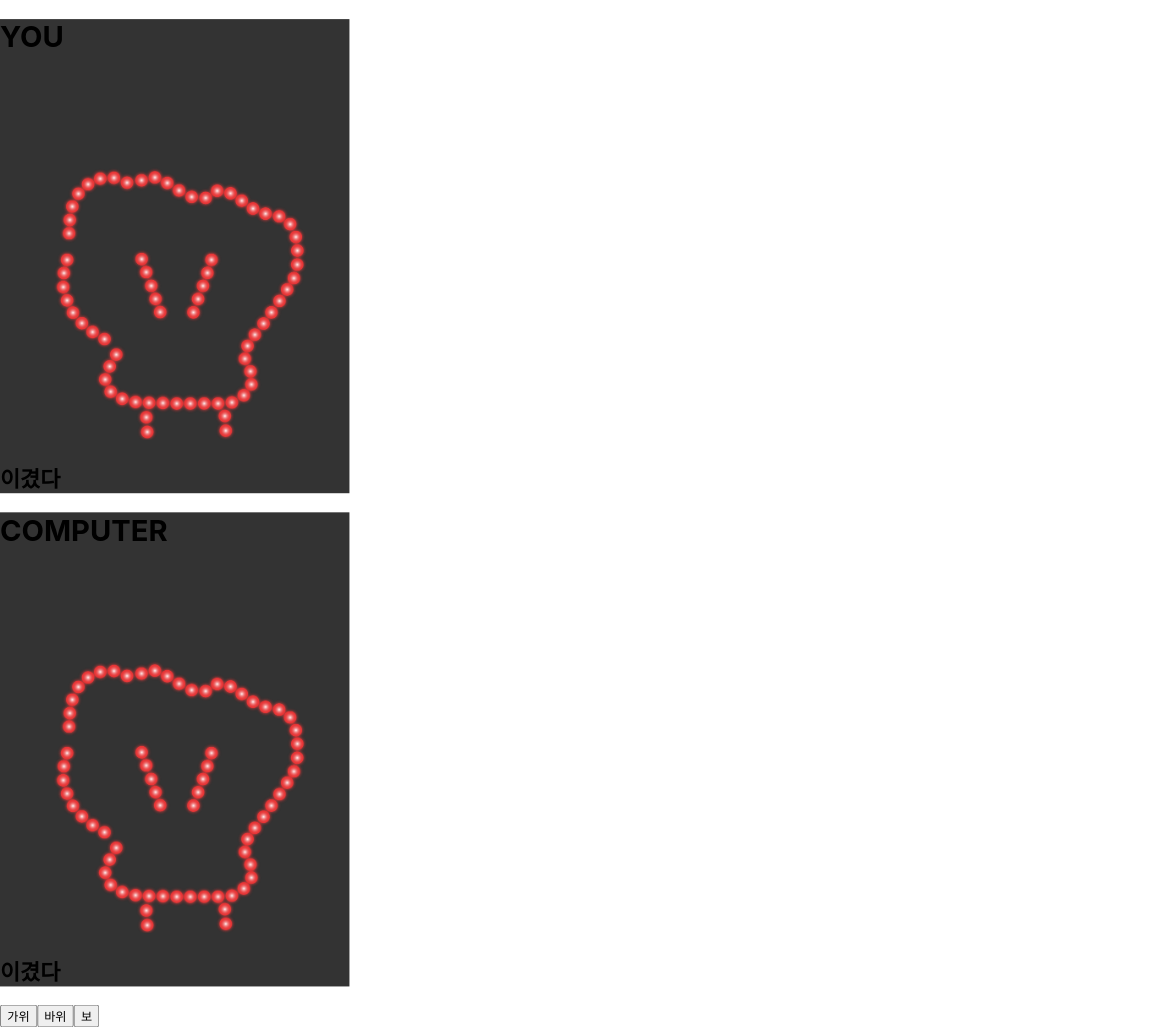
Repository: KIMMIHYE12/classComponent
Page: /
The author's editor kept a copy of each file at every save. The page is drawn from the files as they stood at one save, then again after the next save.
The browser window is 1280 px wide. The pictures show the whole page, at 91% of full size.
The project was rebuilt for these pictures with package versions that can differ from the ones it lists, and the page was loaded fresh each time.

Above is the page before, as saved 2024-03-18 20:49:54.

After the next save:
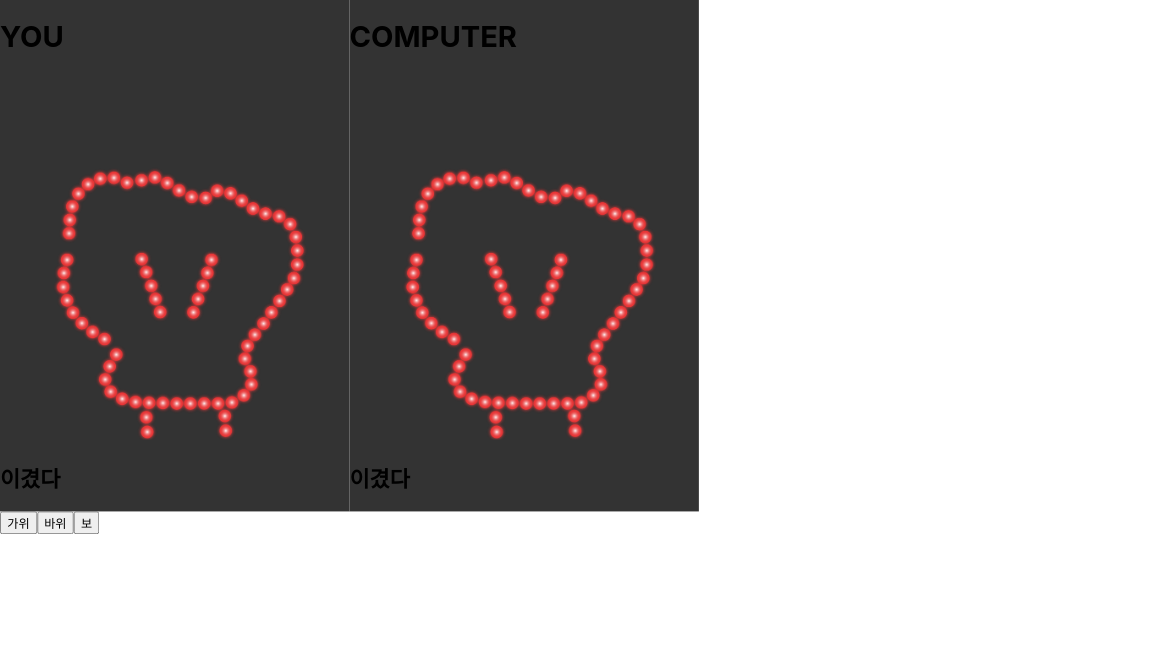
Saved 26 s later.
--- a/src/App.css
+++ b/src/App.css
@@ -1,3 +1,7 @@
+.game_screen {
+  width: 100%;
+  display: flex;
+}
 .box {
   width: 30%;
   background: #333;
